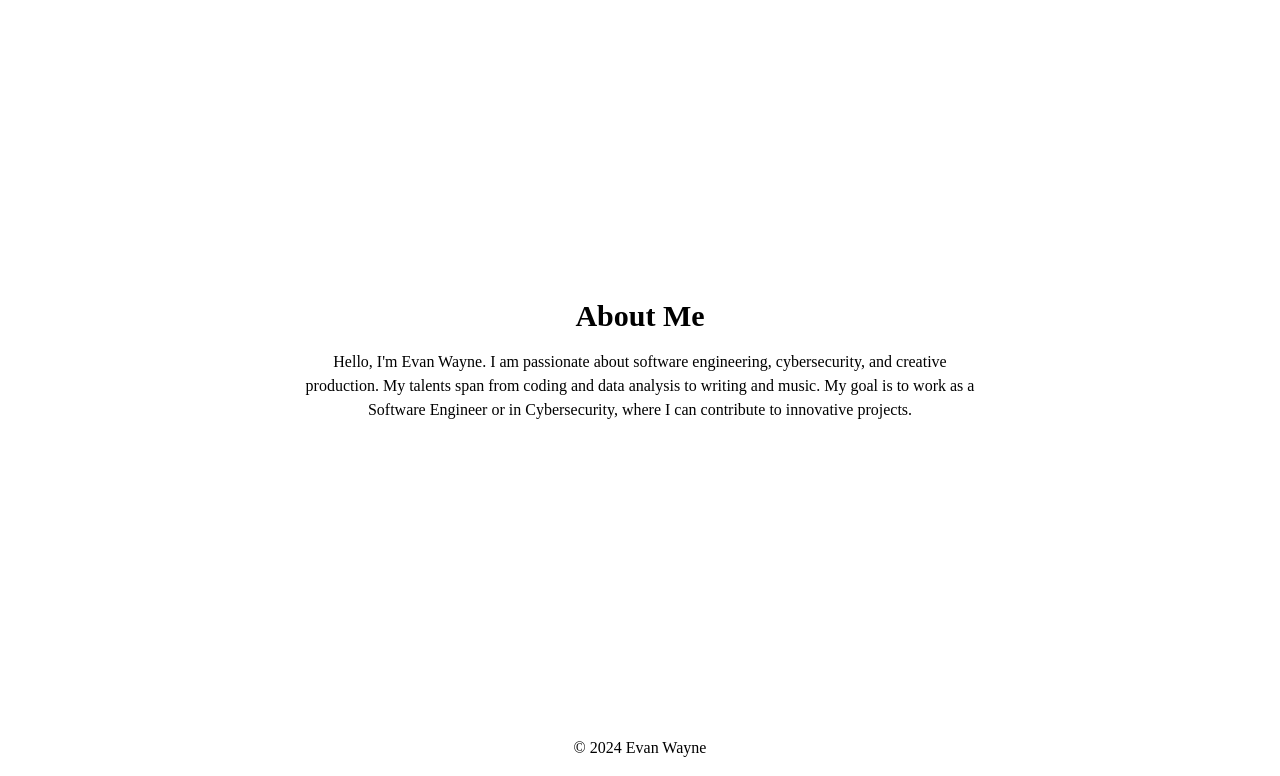
Repository: evnwyn/Evan-Wayne-s-Portfolio
Page: /about
The author's editor kept a copy of each file at every save. The page is drawn from the files as they stood at one save, then again after the next save.
The browser window is 1280 px wide. The pictures show the whole page.
The project was rebuilt for these pictures with package versions that can differ from the ones it lists, and the page was loaded fresh each time. The framework's server and built-in components were replaced by stand-ins that run in the browser. Also part of the build but not shown: next.config.js.

Above is the page before, as saved 2024-10-09 20:14:49.

### src/app/layout.tsx
// src/app/layout.tsx

import '~/styles/globals.css'; // Keep your global styles import
import { type Metadata } from 'next';
import { ReactNode } from 'react';

// Make sure this line is removed
// import NavBar from './NavBar';

export const metadata: Metadata = {
  title: 'Evan Wayne | Portfolio',
  description: 'This is my personal portfolio website',
  icons: [{ rel: 'icon', url: '/favicon.ico' }],
};

export default function RootLayout({ children }: { children: ReactNode }) {
  return (
    <html lang="en">
      <body className="min-h-screen flex flex-col">
        {/* Remove any reference to NavBar here */}
        <main className="flex-grow">{children}</main>
        <footer className="p-4 text-center">
          © {new Date().getFullYear()} Evan Wayne
        </footer>
      </body>
    </html>
  );
}

### src/app/about/page.tsx
// app/about/page.tsx

import React from 'react'; // Import React (optional in newer versions, but useful for clarity)

export default function About() {
  return (
    <div className="min-h-screen flex flex-col items-center justify-center p-8">
      <h1 className="text-3xl font-bold">About Me</h1>
      <p className="mt-4 max-w-2xl text-center">
        Hello, I'm Evan Wayne. I am passionate about software engineering, cybersecurity, and creative production.
        My talents span from coding and data analysis to writing and music. My goal is to work as a Software Engineer or in Cybersecurity, where I can contribute to innovative projects.
      </p>
    </div>
  );
}

Loaded but not shown: src/styles/globals.css (common file); tailwind.config.ts (common file)

After the next save:
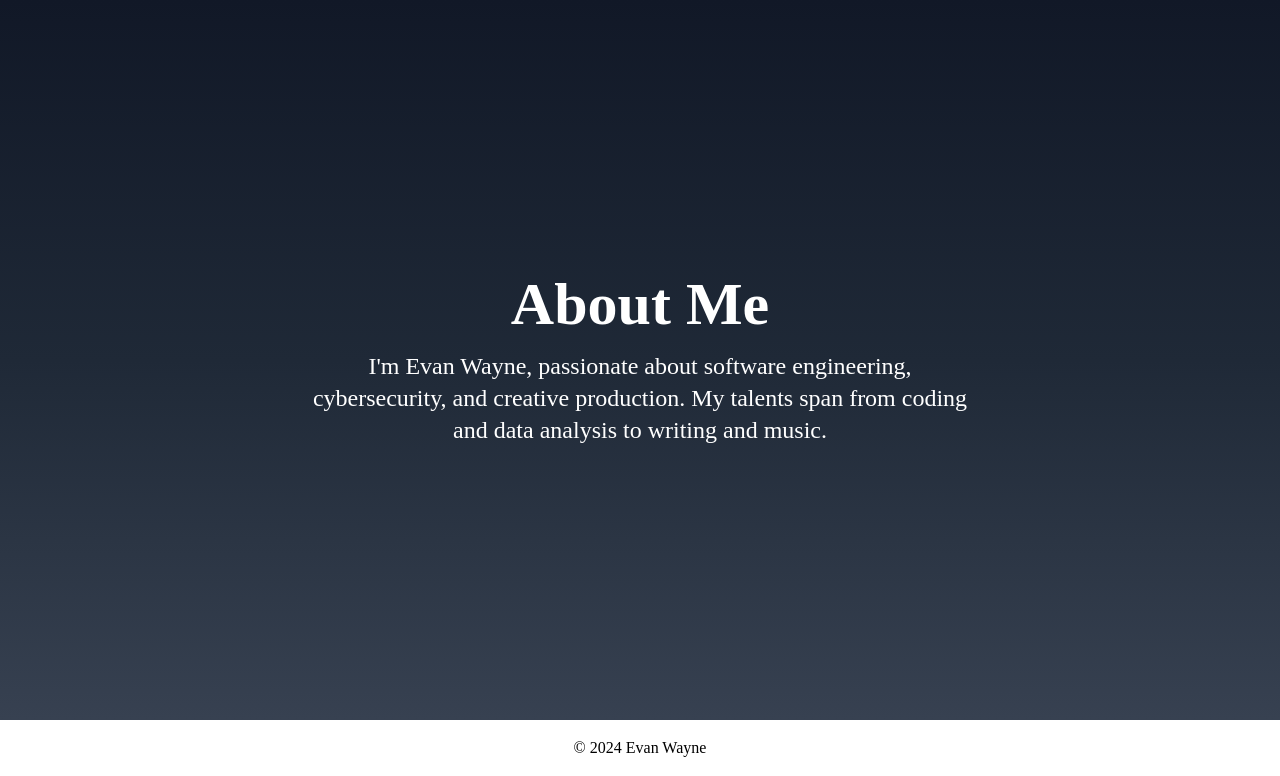
Saved 10 s later.
--- a/src/app/about/page.tsx
+++ b/src/app/about/page.tsx
@@ -1,14 +1,15 @@
 // app/about/page.tsx
 
-import React from 'react'; // Import React (optional in newer versions, but useful for clarity)
+import React from 'react';
 
 export default function About() {
   return (
-    <div className="min-h-screen flex flex-col items-center justify-center p-8">
-      <h1 className="text-3xl font-bold">About Me</h1>
-      <p className="mt-4 max-w-2xl text-center">
-        Hello, I'm Evan Wayne. I am passionate about software engineering, cybersecurity, and creative production.
-        My talents span from coding and data analysis to writing and music. My goal is to work as a Software Engineer or in Cybersecurity, where I can contribute to innovative projects.
+    <div className="min-h-screen flex flex-col items-center justify-center p-8 bg-gradient-to-b from-gray-900 via-gray-800 to-gray-700">
+      <h1 className="text-6xl font-bold text-white mb-4 transition-all duration-500 hover:text-gray-300">
+        About Me
+      </h1>
+      <p className="text-2xl text-center text-white max-w-2xl transition-all duration-500 hover:text-gray-400">
+        I'm Evan Wayne, passionate about software engineering, cybersecurity, and creative production. My talents span from coding and data analysis to writing and music.
       </p>
     </div>
   );
